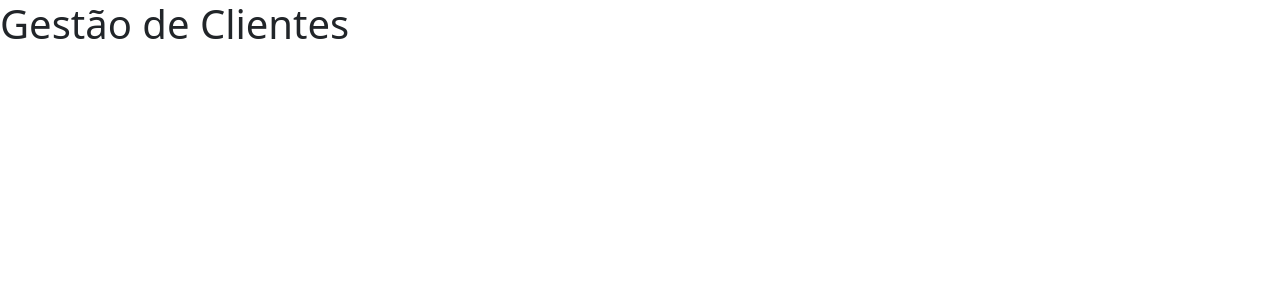
Repository: raullino230/Gest-o-de-Usu-rios
Page: http://localhost/
The author's editor kept a copy of each file at every save. The page is drawn from the files as they stood at one save, then again after the next save.
The browser window is 1280 px wide. The pictures show the whole page.
The page is served by the project's application, run on Flask 3 (main.py).

Above is the page before, as saved 2025-09-16 14:43:45.

After the next save:
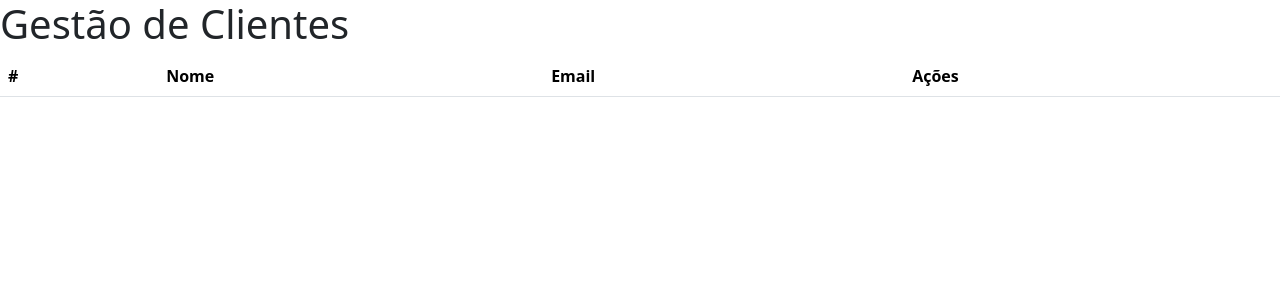
Saved 5 min 13 s later.
--- a/templates/index.html
+++ b/templates/index.html
@@ -9,8 +9,7 @@
   </head>
   <body>
     <h1>Gestão de Clientes</h1>
-
-    <div c-container="{{ url_for('cliente.lista_template') }}"></div>
+    {% include 'lista_template.html' %}
 
     <script src="https://cdn.jsdelivr.net/npm/bootstrap@5.3.8/dist/js/bootstrap.bundle.min.js" integrity="sha384-FKyoEForCGlyvwx9Hj09JcYn3nv7wiPVlz7YYwJrWVcXK/BmnVDxM+D2scQbITxI" crossorigin="anonymous"></script>
 
